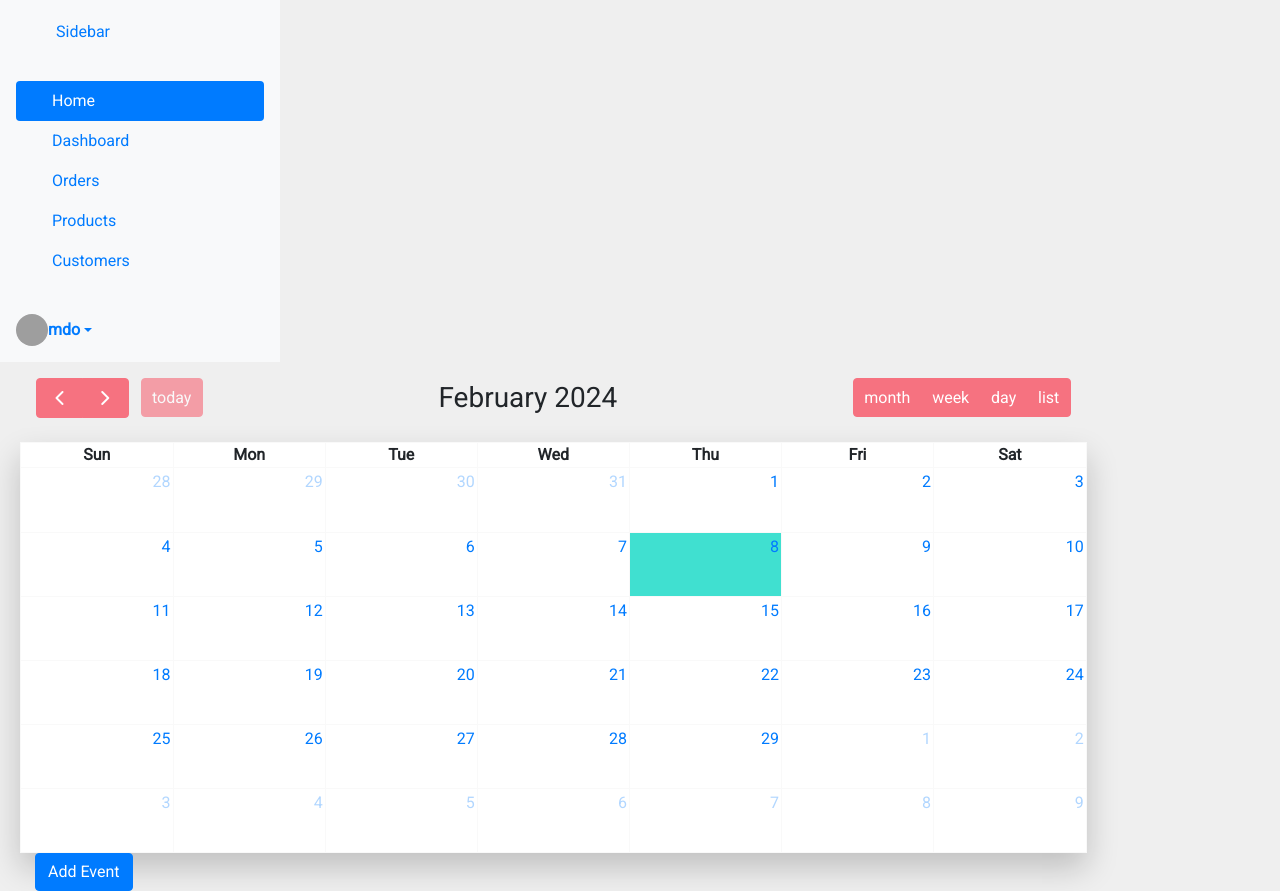
Repository: marios-petrov/NuPath
Page: softwareengineering1/calendarapp/templates/dataTest.html
The author's editor kept a copy of each file at every save. The page is drawn from the files as they stood at one save, then again after the next save.
The browser window is 1280 px wide. The pictures show the whole page.
Pictures or frames that could not be fetched are drawn as grey boxes. The template is drawn by Django 5.2. The application's start-up code is not run. The template is opened directly, without the code that normally fills it, so the values that code supplies are empty.

Above is the page before, as saved 2024-02-21 19:41:45.

After the next save:
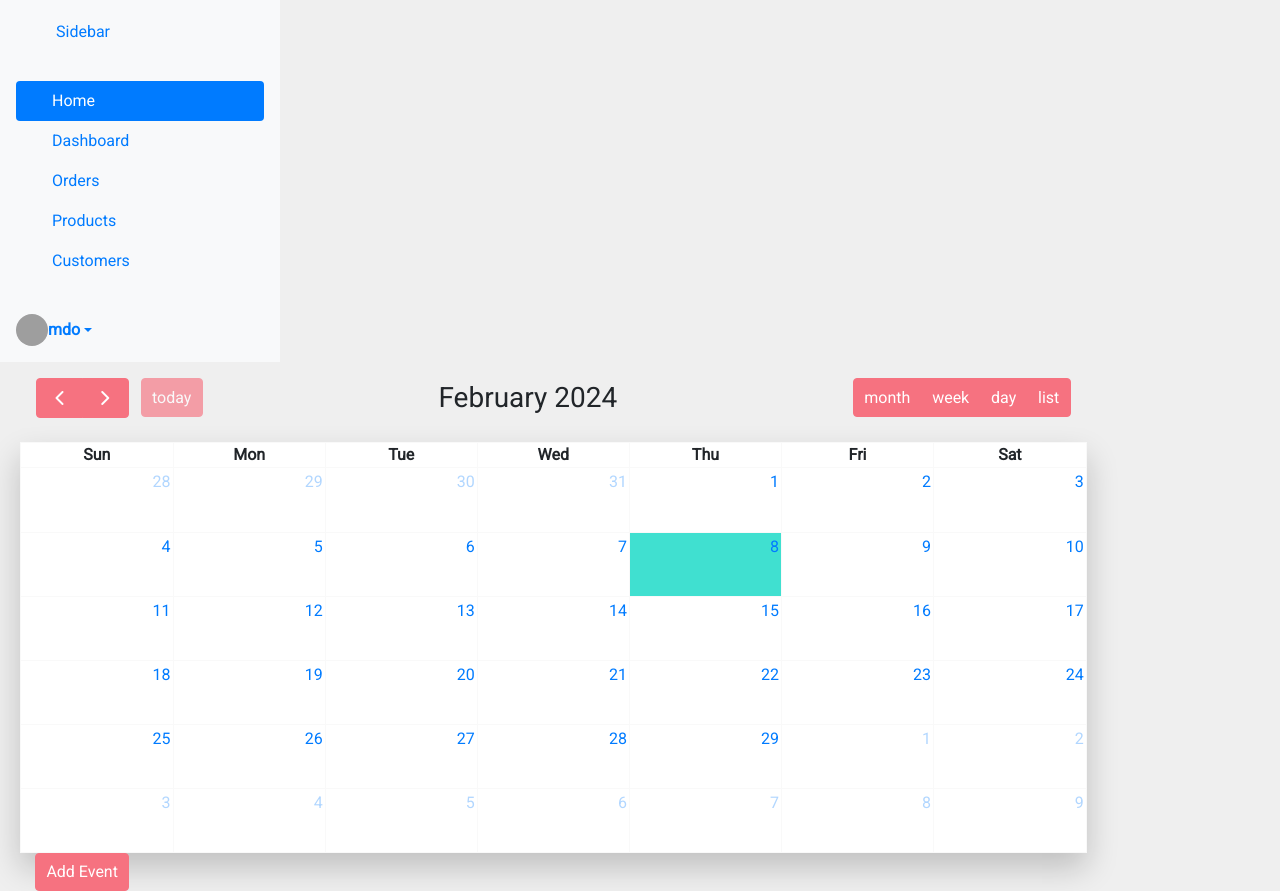
Saved 30 s later.
--- a/softwareengineering1/calendarapp/templates/dataTest.html
+++ b/softwareengineering1/calendarapp/templates/dataTest.html
@@ -9,7 +9,7 @@
 <div id='calendar-container' class='col-10 px-0'>
     <div id='calendar'></div>
     <div class="col-2">
-        <button class="btn btn-primary">Add Event</button>
+        <button class="fc-dayGridMonth-button fc-button fc-button-primary fc-button-active">Add Event</button>
     </div>
 </div>
 
